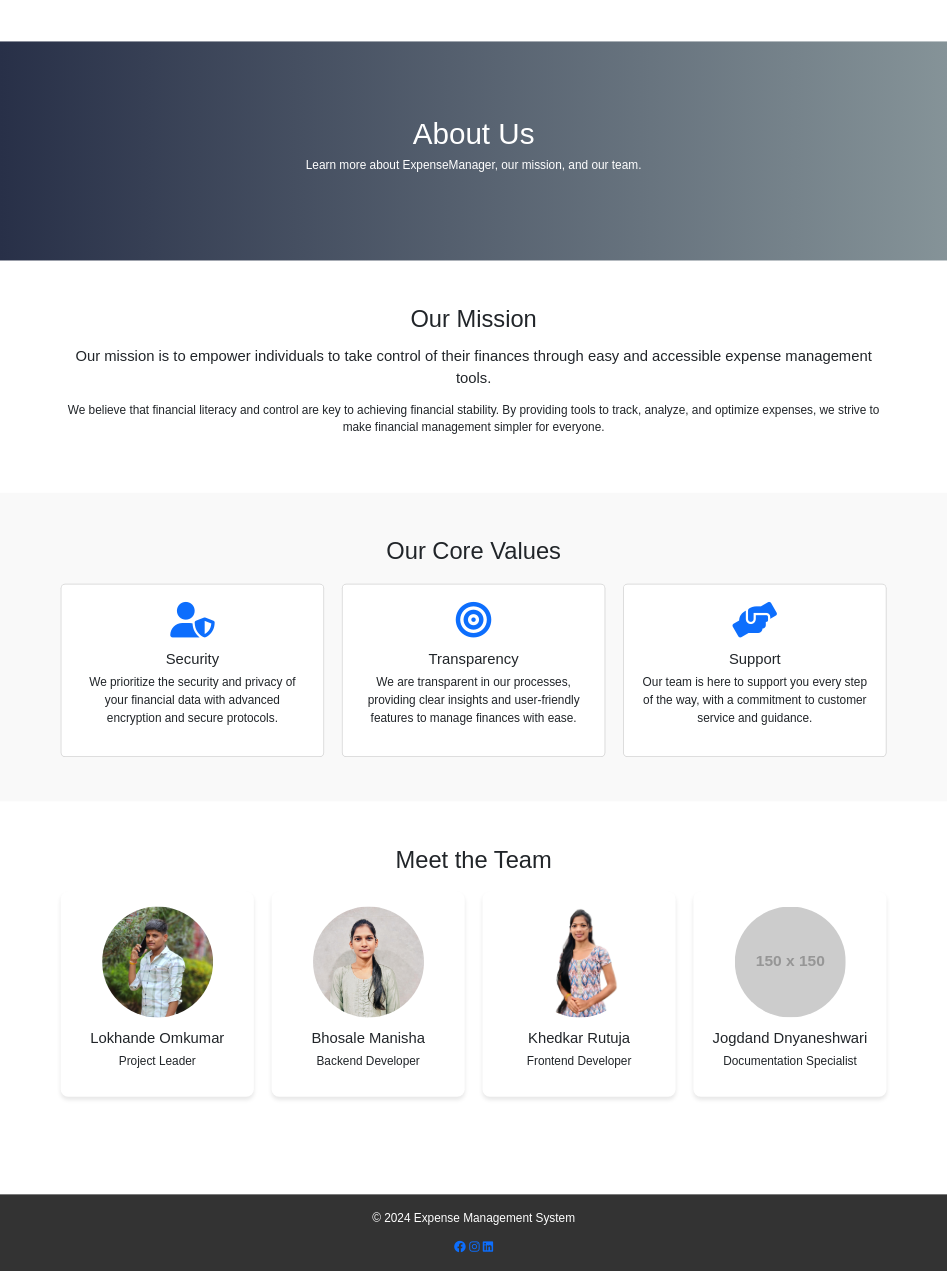
Repository: omlokhande1212/Expense-management
Page: expense/Demo/src/main/webapp/aboutus.html
An editor plug-in stored every save of this project. The page is shown before and after the next save, followed by the edit.
The browser window is 1280 px wide. The pictures show the whole page, at 74% of full size.

Above is the page before, as saved 2024-11-28 14:06:57.

### expense/Demo/src/main/webapp/aboutus.html
<!DOCTYPE html>
<html lang="en">
<head>
    <meta charset="UTF-8">
    <meta name="viewport" content="width=device-width, initial-scale=1.0">
    <title>About Us - Expense Management System</title>
    <link href="https://cdn.jsdelivr.net/npm/bootstrap@5.3.0-alpha1/dist/css/bootstrap.min.css" rel="stylesheet">
    <link rel="stylesheet" href="https://cdnjs.cloudflare.com/ajax/libs/font-awesome/6.0.0-beta3/css/all.min.css">
    <style>
        /* Custom styles */
        body {
            font-family: Arial, sans-serif;
            scroll-behavior: smooth;
        }
        .hero-section {
            background: linear-gradient(to right, #283048, #859398);
            color: white;
            padding: 100px 0;
            text-align: center;
        }
        .mission-section, .team-section, .values-section {
            padding: 60px 0;
        }
        .values-section {
            background-color: #f9f9f9;
        }
        .team-member {
            transition: transform 0.3s, box-shadow 0.3s;
            background: #fff;
            border-radius: 10px;
            padding: 20px;
            text-align: center;
            box-shadow: 0 4px 6px rgba(0, 0, 0, 0.1);
        }
        .team-member:hover {
            transform: translateY(-5px);
            box-shadow: 0 6px 10px rgba(0, 0, 0, 0.2);
        }
        .team-member img {
            width: 150px;
            height: 150px;
            border-radius: 50%;
            margin-bottom: 15px;
            object-fit: cover;
        }
        .footer {
            background: #333;
            color: white;
            padding: 20px 0;
        }
    </style>
</head>
<body>
<!-- Header Section -->
  <nav class="navbar navbar-expand-lg navbar-dark">
    <div class="container-fluid">
      <a class="navbar-brand" href="#">Expense Manager</a>
      <span class="navbar-toggler sidebar-toggle" onclick="toggleSidebar()">
        <i class="fas fa-bars"></i>
      </span>
      <div class="collapse navbar-collapse">
        <ul class="navbar-nav ms-auto">
          <li class="nav-item"><a class="nav-link" href="#">Welcome</a></li>
          <li class="nav-item"><a class="nav-link" href="aboutus.html">About Us</a></li>
          <li class="nav-item"><a class="nav-link" href="contactus.html">Contact Us</a></li>
          <li class="nav-item"><a class="nav-link" href="userdashboard.html">Home</a></li>
          <li class="nav-item"><a class="nav-link" href="profile.jsp">Profile</a></li>
          <li class="nav-item"><a class="nav-link" href="logout.html">Logout</a></li>
        </ul>
      </div>
    </div>
  </nav>
    <!-- Hero Section -->
    <section class="hero-section">
        <div class="container">
            <h1>About Us</h1>
            <p>Learn more about ExpenseManager, our mission, and our team.</p>
        </div>
    </section>

    <!-- Mission Section -->
    <section class="mission-section text-center">
        <div class="container">
            <h2>Our Mission</h2>
            <p class="lead mt-3">Our mission is to empower individuals to take control of their finances through easy and accessible expense management tools.</p>
            <p>We believe that financial literacy and control are key to achieving financial stability. By providing tools to track, analyze, and optimize expenses, we strive to make financial management simpler for everyone.</p>
        </div>
    </section>

    <!-- Values Section -->
    <section class="values-section text-center">
        <div class="container">
            <h2>Our Core Values</h2>
            <div class="row mt-4">
                <div class="col-md-4">
                    <div class="card p-4">
                        <i class="fas fa-user-shield fa-3x mb-3 text-primary"></i>
                        <h5>Security</h5>
                        <p>We prioritize the security and privacy of your financial data with advanced encryption and secure protocols.</p>
                    </div>
                </div>
                <div class="col-md-4">
                    <div class="card p-4">
                        <i class="fas fa-bullseye fa-3x mb-3 text-primary"></i>
                        <h5>Transparency</h5>
                        <p>We are transparent in our processes, providing clear insights and user-friendly features to manage finances with ease.</p>
                    </div>
                </div>
                <div class="col-md-4">
                    <div class="card p-4">
                        <i class="fas fa-hands-helping fa-3x mb-3 text-primary"></i>
                        <h5>Support</h5>
                        <p>Our team is here to support you every step of the way, with a commitment to customer service and guidance.</p>
                    </div>
                </div>
            </div>
        </div>
    </section>

    <!-- Team Section -->
    <section class="team-section text-center">
        <div class="container">
            <h2>Meet the Team</h2>
            <div class="row mt-4">
                <div class="col-md-3 col-sm-6 mb-4">
                    <div class="team-member">
                        <img src="omkumar_lokhande.jpg" alt="Team Member">
                        <h5>Lokhande Omkumar</h5>
                        <p>Project Leader</p>
                    </div>
                </div>
                <div class="col-md-3 col-sm-6 mb-4">
                    <div class="team-member">
                        <img src="manisha_bhosale.jpg" alt="Team Member">
                        <h5>Bhosale Manisha</h5>
                        <p>Backend Developer</p>
                    </div>
                </div>
                <div class="col-md-3 col-sm-6 mb-4">
                    <div class="team-member">
                        <img src="rutuja_khedkar1.jpg" alt="Team Member">
                        <h5>Khedkar Rutuja</h5>
                        <p>Frontend Developer</p>
                    </div>
                </div>
                <div class="col-md-3 col-sm-6 mb-4">
                    <div class="team-member">
                        <img src="https://via.placeholder.com/150" alt="Team Member">
                        <h5>Jogdand Dnyaneshwari</h5>
                        <p>Documentation Specialist</p>
                    </div>
                </div>
            </div>
        </div>
    </section>

   <footer class="footer mt-5">
    <div class="container text-center">
      <p>&copy; 2024 Expense Management System</p>
      <div class="social-icons">
        <a href="https://facebook.com" target="_blank"><i class="fab fa-facebook"></i></a>
        <a href="https://instagram.com" target="_blank"><i class="fab fa-instagram"></i></a>
        <a href="https://linkedin.com" target="_blank"><i class="fab fa-linkedin"></i></a>
      </div>
    </div>
  </footer>

    <!-- JavaScript Libraries -->
    <script src="https://cdn.jsdelivr.net/npm/bootstrap@5.3.0-alpha1/dist/js/bootstrap.bundle.min.js"></script>
</body>
</html>

After the next save:
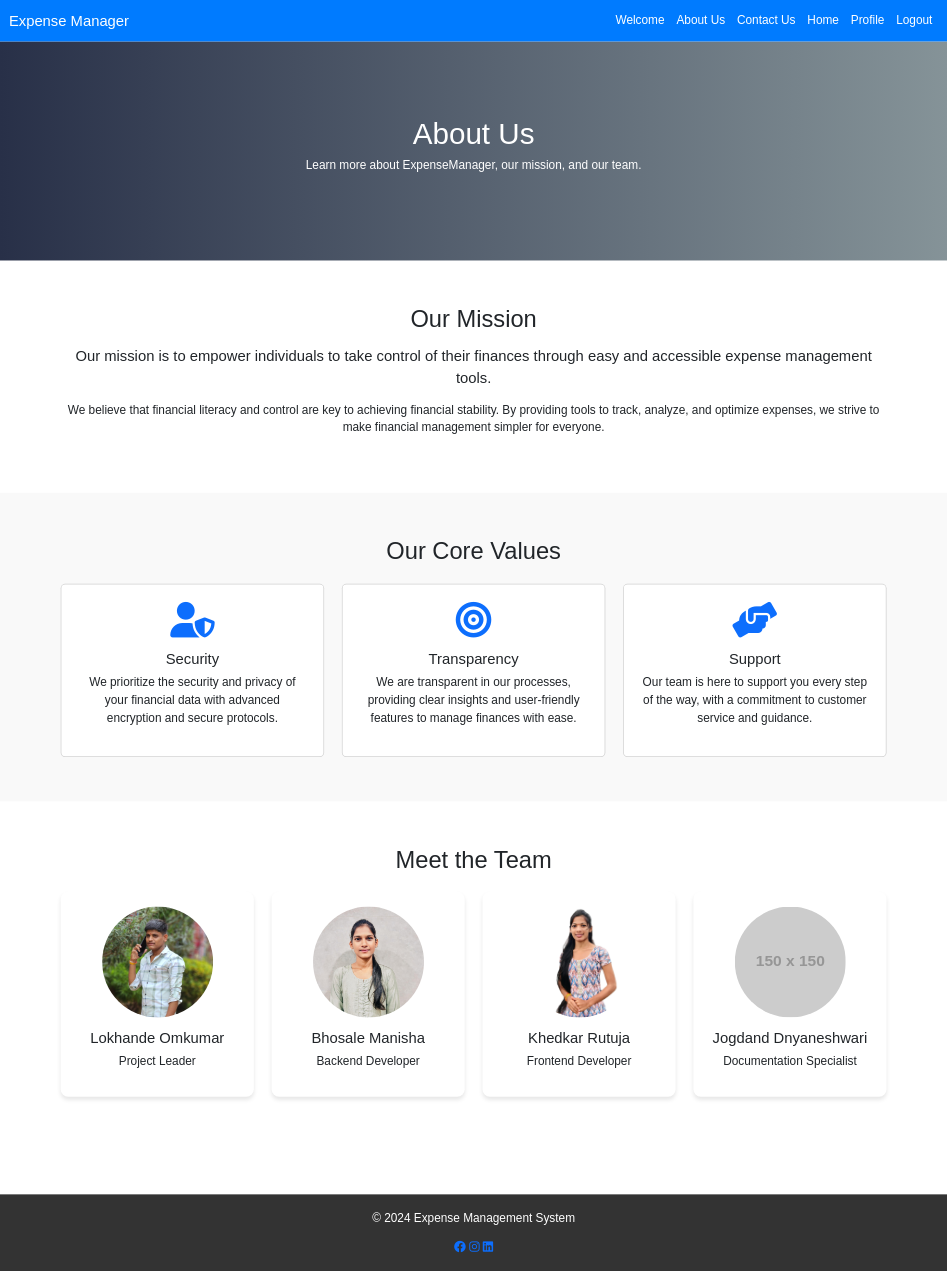
Saved 23 s later.
--- a/expense/Demo/src/main/webapp/aboutus.html
+++ b/expense/Demo/src/main/webapp/aboutus.html
@@ -12,6 +12,15 @@
             font-family: Arial, sans-serif;
             scroll-behavior: smooth;
         }
+
+    .navbar {
+      background-color: #007BFF;
+    }
+
+    .navbar .navbar-brand, .navbar-nav .nav-link {
+      color: white;
+    }
+
         .hero-section {
             background: linear-gradient(to right, #283048, #859398);
             color: white;
